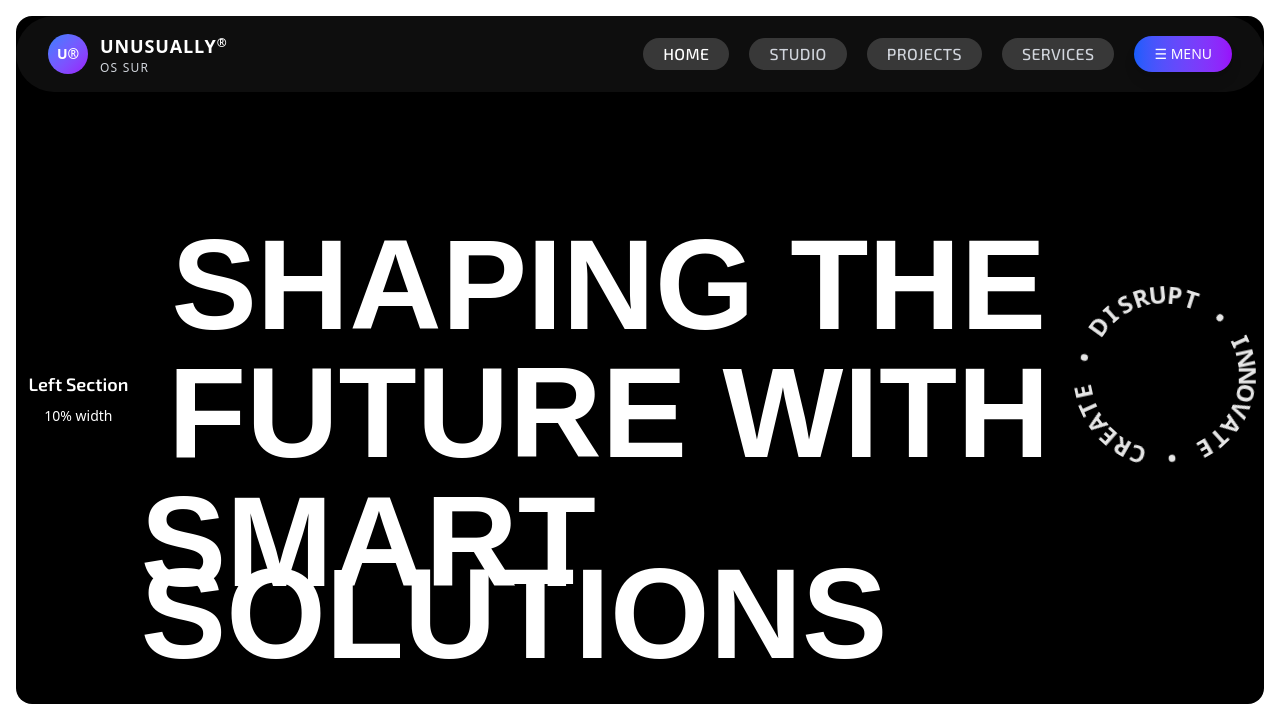
Repository: A-y-u-s-h-29/Digital-Express-India-With-Carrer-Page-And-RazorPay
Page: / (app in op/)
These files come from the project's save history. The page is drawn as it stood at one moment and after the next save; the edit follows.
The browser window is 1280 px wide. The pictures show the whole page.
Some web fonts or font styles are not loaded; a fallback is used. The project was rebuilt for these pictures with package versions that can differ from the ones it lists, and the page was loaded fresh each time. Also part of the build but not shown: op/vite.config.js.

Above is the page before, as saved 2025-12-04 15:19:16.

### op/index.html
<!doctype html>
<html lang="en">
  <head>
    <meta charset="UTF-8" />
    <link rel="icon" type="image/svg+xml" href="/vite.svg" />
    <meta name="viewport" content="width=device-width, initial-scale=1.0" />
    <link rel="preconnect" href="https://fonts.googleapis.com">
<link rel="preconnect" href="https://fonts.gstatic.com" crossorigin>
<link href="https://fonts.googleapis.com/css2?family=Alan+Sans:wght@300..900&family=Big+Shoulders:opsz,wght@10..72,100..900&family=Exo+2:ital,wght@0,100..900;1,100..900&family=Montserrat:ital,wght@0,100..900;1,100..900&family=Orbitron:wght@400..900&family=Poppins:ital,wght@0,100;0,200;0,300;0,400;0,500;0,600;0,700;0,800;0,900;1,100;1,200;1,300;1,400;1,500;1,600;1,700;1,800;1,900&family=Rajdhani:wght@300;400;500;600;700&display=swap" rel="stylesheet">
<link rel="preconnect" href="https://fonts.googleapis.com">
<link rel="preconnect" href="https://fonts.gstatic.com" crossorigin>
<link href="https://fonts.googleapis.com/css2?family=Alan+Sans:wght@300..900&family=Big+Shoulders:opsz,wght@10..72,100..900&family=Exo+2:ital,wght@0,100..900;1,100..900&family=Montserrat:ital,wght@0,100..900;1,100..900&family=Orbitron:wght@400..900&family=Poppins:ital,wght@0,100;0,200;0,300;0,400;0,500;0,600;0,700;0,800;0,900;1,100;1,200;1,300;1,400;1,500;1,600;1,700;1,800;1,900&family=Rajdhani:wght@300;400;500;600;700&display=swap" rel="stylesheet">
    <title>op</title>
  </head>
  <body>
    <div id="root"></div>
    <script type="module" src="/src/main.jsx"></script>
  </body>
</html>

### op/src/index.css
@import "tailwindcss";
*{
  box-sizing: border-box;
}
.big {
  font-family: "Big Shoulders", sans-serif;

  font-style: normal;
}
.exo {
  font-family: "Exo 2", sans-serif;

  font-style: normal;
}

### op/src/App.jsx
import React from 'react'
import Home from './components/Home'

function App() {
  return (
   <>
   <Home/>


   </>
  )
}

export default App

### op/src/components/Home.jsx
import React from "react";
import Navbar from "./Navbar";
import CircularText from "./CircularText";


function Home() {
  return (
    <div className="w-full max-h-screen lg:h-[120vh] lg:py-4 lg:px-4">
      <div className="rounded-b-4xl lg:rounded-2xl w-full h-full flex flex-col relative overflow-hidden bg-black">
        {/* Transparent Navbar */}
        <div className="relative z-20">
          <Navbar />
        </div>

        {/* Three Column Layout */}
        <div className="flex flex-1 relative z-10 text-white">
          {/* Left Column - 10% width */}
          <div className="w-[10%] flex items-center justify-center">
            <div className="text-white text-center">
              <p className="exo font-semibold text-lg">Left Section</p>
              <p className="text-sm mt-2">10% width</p>
            </div>
          </div>

          {/* Middle Column - 75% width */}
          <div className="w-[75%] flex flex-col justify-center items-center big">
            <div className="w-full h-full flex flex-col">
              {/* Top Row - 40% height */}
              <div className="h-[40%] flex items-end justify-center pb-4">
                <h1 className="text-5xl md:text-9xl leading-tight md:leading-[4.5rem] font-bold text-white drop-shadow-2xl">
                  SHAPING THE
                </h1>
              </div>

              {/* Middle Row - 30% height */}
              <div className="h-[25%] flex items-center justify-center">
                <h1 className="text-5xl md:text-9xl leading-tight lg:leading-[4.5rem] font-bold text-white drop-shadow-2xl">
                  FUTURE WITH
                </h1>
              </div>

              {/* Bottom Row - 30% height */}
              <div className="h-[35%] flex items-start justify-center pt-4">
                <h1 className="text-5xl md:text-9xl leading-tight lg:leading-[4.5rem] font-bold text-white drop-shadow-2xl">
                  SMART SOLUTIONS
                </h1>
              </div>
            </div>
          </div>

          {/* Right Column - 15% width */}
          <div className="w-[15%] flex flex-col items-end py-1 ">
            {/* Vertical Circular Text */}
            <div className="relative h-full  ">
              <CircularText
                text="INNOVATE • CREATE • DISRUPT • "
                spinDuration={30}
                onHover="speedUp"
                className="text-white/90 text-sm mt-40 "
              />



              {/* Scroll indicator */}

            </div>


          </div>
        </div>
      </div>
    </div>
  );
}

export default Home;

### op/src/components/Navbar.jsx
import React, { useState, useRef, useEffect } from 'react';
import { gsap } from 'gsap';

function Navbar({ isHomePage = false }) {
  const [isMenuOpen, setIsMenuOpen] = useState(false);
  const menuOverlayRef = useRef(null);
  const mobileMenuRef = useRef(null);

  // Menu items data for the menu overlay
  const menuOverlayItems = [
    { title: 'HOME', number: '01' },
    { title: 'ABOUT', number: '02' },
    { title: 'PROJECTS', number: '03' },
    { title: 'SERVICES', number: '04' },

  ];

  // Menu items for navbar links
  const navMenuItems = [
    { title: 'HOME', color: 'from-blue-500 to-cyan-400' },
    { title: 'STUDIO', color: 'from-purple-500 to-pink-500' },
    { title: 'PROJECTS', color: 'from-green-500 to-emerald-400' },
    { title: 'SERVICES', color: 'from-yellow-500 to-orange-500' },
    { title: 'ABOUT', color: 'from-red-500 to-rose-400' },
    { title: 'CONTACT', color: 'from-indigo-500 to-blue-400' },
  ];

  // Initialize menu as hidden
  useEffect(() => {
    if (menuOverlayRef.current) {
      menuOverlayRef.current.style.display = 'none';
    }
  }, []);

  const handleMenuClick = () => {
    const wasOpen = isMenuOpen;
    setIsMenuOpen(!wasOpen);

    if (!wasOpen) {
      // OPEN MENU ANIMATION - bottom-right से slide in
      if (menuOverlayRef.current) {
        menuOverlayRef.current.style.display = 'flex';

        // Get the menu container
        const menuContainer = menuOverlayRef.current.querySelector('.relative');

        if (menuContainer) {
          // Initial position - off screen bottom-right
          gsap.set(menuContainer, {
            x: '100%',
            y: '100%',
            opacity: 0,
            scale: 0.9,
            transformOrigin: 'bottom right'
          });

          // Animate to position
          gsap.to(menuContainer, {
            x: 0,
            y: 0,
            opacity: 1,
            scale: 1,
            duration: 0.8,
            ease: 'expo.out'
          });

          // Background fade in
          gsap.fromTo(menuOverlayRef.current,
            { opacity: 0 },
            { opacity: 1, duration: 0.4 }
          );

          // Menu items animation (from bottom)
          const menuItems = menuContainer.querySelectorAll('.menu-item');
          gsap.fromTo(menuItems,
            {
              opacity: 0,
              y: 40
            },
            {
              opacity: 1,
              y: 0,
              duration: 0.6,
              stagger: 0.1,
              delay: 0.3,
              ease: 'power3.out'
            }
          );

          // Close button animation
          const closeBtn = menuContainer.querySelector('.close-btn');
          if (closeBtn) {
            gsap.fromTo(closeBtn,
              { opacity: 0, rotation: -45 },
              { opacity: 1, rotation: 0, duration: 0.5, delay: 0.8 }
            );
          }
        }
      }

      // Mobile menu animation
      if (mobileMenuRef.current) {
        gsap.fromTo(
          mobileMenuRef.current,
          { height: 0, opacity: 0 },
          { height: 'auto', opacity: 1, duration: 0.4 }
        );
      }
    } else {
      // CLOSE MENU ANIMATION - bottom-right को slide out
      if (menuOverlayRef.current) {
        const menuContainer = menuOverlayRef.current.querySelector('.relative');

        if (menuContainer) {
          // Menu items exit
          const menuItems = menuContainer.querySelectorAll('.menu-item');
          gsap.to(menuItems,
            {
              opacity: 0,
              y: 20,
              duration: 0.3,
              stagger: 0.05,
              ease: 'power2.in'
            }
          );

          // Close button exit
          const closeBtn = menuContainer.querySelector('.close-btn');
          if (closeBtn) {
            gsap.to(closeBtn, {
              opacity: 0,
              rotation: 45,
              duration: 0.3
            });
          }

          // Menu container slide out to bottom-right
          gsap.to(menuContainer, {
            x: '100%',
            y: '100%',
            opacity: 0,
            scale: 0.9,
            duration: 0.6,
            ease: 'expo.in',
            onComplete: () => {
              if (menuOverlayRef.current) {
                menuOverlayRef.current.style.display = 'none';
              }
            }
          });

          // Background fade out
          gsap.to(menuOverlayRef.current, {
            opacity: 0,
            duration: 0.4
          });
        }
      }

      // Mobile menu exit animation
      if (mobileMenuRef.current) {
        gsap.to(mobileMenuRef.current, {
          height: 0,
          opacity: 0,
          duration: 0.3
        });
      }
    }
  };

  return (
    <>
      {/* Main Navbar */}
      <nav
        className={`w-full px-6 py-4 lg:px-8 lg:py-4 ${isHomePage ? 'bg-transparent' : 'bg-[#0E0E0E]'} rounded-full relative z-50`}
      >
        <div className="flex items-center justify-between">
          {/* Logo/Brand Section */}
          <div className="flex items-center">
            <div className="w-10 h-10 rounded-full bg-gradient-to-br from-blue-500 to-purple-600 flex items-center justify-center mr-3">
              <span className="text-white font-bold text-sm">U®</span>
            </div>
            <div className="flex flex-col">
              <span className="text-white font-bold text-lg tracking-wider">UNUSUALLY<sup className="text-xs">®</sup></span>
              <span className="text-gray-300 text-xs tracking-widest">OS SUR</span>
            </div>
          </div>

          <div className='flex items-center gap-5'>
            {/* Desktop Navigation Links */}
            <div className="hidden md:flex items-center space-x-5 exo text-md">
              {navMenuItems.slice(0, 4).map((item, index) => (
                <a
                  key={index}
                  href="#"
                  className={`text-gray-300 font-medium tracking-wide hover:text-white transition-colors duration-300 bg-[#383838] px-5 py-1 rounded-full ${item.title === 'HOME' ? 'text-white' : ''}`}
                >
                  {item.title}
                </a>
              ))}
            </div>

            {/* Menu Button */}
            <button
              onClick={handleMenuClick}
              className="px-5 py-2 bg-gradient-to-r from-blue-600 to-purple-600 text-white text-sm font-medium rounded-full hover:from-blue-700 hover:to-purple-700 transition-all duration-300 shadow-lg hover:shadow-xl relative z-50"
            >
              {isMenuOpen ? '✕ CLOSE' : '☰ MENU'}
            </button>

            {/* Mobile Menu Button (Hamburger) */}
            <button
              onClick={handleMenuClick}
              className="ml-4 md:hidden relative z-50"
            >
              <div className={`w-6 h-0.5 bg-white mb-1.5 transition-all duration-300 ${isMenuOpen ? 'rotate-45 translate-y-2' : ''}`}></div>
              <div className={`w-6 h-0.5 bg-white mb-1.5 transition-all duration-300 ${isMenuOpen ? 'opacity-0' : ''}`}></div>
              <div className={`w-6 h-0.5 bg-white transition-all duration-300 ${isMenuOpen ? '-rotate-45 -translate-y-2' : ''}`}></div>
            </button>
          </div>
        </div>

        {/* Mobile Menu Dropdown */}
        <div
          ref={mobileMenuRef}
          className="md:hidden mt-4 pt-4 border-t border-gray-800 overflow-hidden"
          style={{ height: '0px' }}
        >
          <div className="flex flex-col space-y-4">
            {navMenuItems.map((item, index) => (
              <a
                key={index}
                href="#"
                className={`text-gray-300 font-medium py-2 hover:text-white transition-colors ${item.title === 'HOME' ? 'text-white' : ''}`}
              >
                {item.title}
              </a>
            ))}
          </div>
        </div>
      </nav>

      {/* Fullscreen Menu Overlay */}
      <div
        ref={menuOverlayRef}
        className="fixed inset-0  z-40 hidden items-end justify-end px-4 rounded-2xl "
      >
        {/* Menu Container - Image के according simple design */}
        <div
          className="relative h-[70vh] w-[45vw] bg-white  rounded-4xl overflow-hidden shadow-2xl transform-gpu "
          style={{
            transformOrigin: 'bottom right'
          }}
        >
          {/* Simple Header with Brand */}
          <div className="absolute top-8 left-8">
            <div className="flex items-center space-x-3">

              <div>

              </div>
            </div>
          </div>



          {/* Main Content Area - Center aligned like image */}
          <div className="h-full flex flex-col justify-center items-center px-12 ">
            {/* Menu Items - Single Column, Large text like image */}
            <div className="w-full  space-y-2">
              {menuOverlayItems.map((item, index) => (
                <a
                  key={index}
                  href="#"
                  className="menu-item group relative block w-full"
                >
                  <div className="flex items-center justify-between">
                    {/* Title - Left side */}
                    <div className="relative overflow-hidden p-0.5">
                      <h3 className="text-black font-extrabold text-5xl lg:text-7xl  exo tracking-tight opacity-90 group-hover:opacity-100 transition-all duration-500">
                        {item.title}
                      </h3>
                      {/* Underline animation */}

                    </div>

                    {/* Number in parentheses - Right side */}
                    <div className="text-gray-500 text-3xl lg:text-4xl font-light group-hover:text-white transition-colors duration-500">
                      ({item.number})
                    </div>
                  </div>
                </a>
              ))}
            </div>


          </div>


        </div>
      </div>
    </>
  );
}

export default Navbar;

### op/src/components/CircularText.jsx
import React, { useEffect } from 'react';
import { motion, useAnimation, useMotionValue } from 'framer-motion';

const CircularText = ({
  text = 'Circular Text Animation • ',
  spinDuration = 20,
  onHover = 'speedUp',
  className = '',
}) => {
  const letters = Array.from(text);
  const controls = useAnimation();
  const rotation = useMotionValue(0);

  const getRotationTransition = (duration, from, loop = true) => ({
    from,
    to: from + 360,
    ease: 'linear',
    duration,
    type: 'tween',
    repeat: loop ? Infinity : 0,
  });

  const getTransition = (duration, from) => ({
    rotate: getRotationTransition(duration, from),
    scale: {
      type: 'spring',
      damping: 20,
      stiffness: 300,
    },
  });

  useEffect(() => {
    const start = rotation.get();
    controls.start({
      rotate: start + 360,
      scale: 1,
      transition: getTransition(spinDuration, start),
    });
  }, [spinDuration, text, onHover, controls, rotation]);

  const handleHoverStart = () => {
    const start = rotation.get();

    if (!onHover) return;

    let transitionConfig;
    let scaleVal = 1;

    switch (onHover) {
      case 'slowDown':
        transitionConfig = getTransition(spinDuration * 2, start);
        break;
      case 'speedUp':
        transitionConfig = getTransition(spinDuration / 4, start);
        break;
      case 'pause':
        transitionConfig = {
          rotate: { type: 'spring', damping: 20, stiffness: 300 },
          scale: { type: 'spring', damping: 20, stiffness: 300 },
        };
        break;
      case 'goBonkers':
        transitionConfig = getTransition(spinDuration / 20, start);
        scaleVal = 0.8;
        break;
      default:
        transitionConfig = getTransition(spinDuration, start);
    }

    controls.start({
      rotate: start + 360,
      scale: scaleVal,
      transition: transitionConfig,
    });
  };

  const handleHoverEnd = () => {
    const start = rotation.get();
    controls.start({
      rotate: start + 360,
      scale: 1,
      transition: getTransition(spinDuration, start),
    });
  };

  return (
    <div className="flex min-h-[400px] items-center justify-center rounded-lg">
      <motion.div
        className={`relative m-0 mx-auto h-[200px] w-[200px] origin-center cursor-pointer rounded-full text-center font-black text-white ${className}`}
        style={{ rotate: rotation }}
        initial={{ rotate: 0 }}
        animate={controls}
        onMouseEnter={handleHoverStart}
        onMouseLeave={handleHoverEnd}
      >
        {letters.map((letter, i) => {
          const rotationDeg = (360 / letters.length) * i;
          const factor = Math.PI / letters.length;
          const x = factor * i;
          const y = factor * i;
          const transform = `rotateZ(${rotationDeg}deg) translate3d(${x}px, ${y}px, 0)`;

          return (
            <span
              key={i}
              className="absolute inset-0 inline-block text-2xl transition-all duration-500 ease-out"
              style={{
                transform: transform,
                WebkitTransform: transform
              }}
            >
              {letter}
            </span>
          );
        })}
      </motion.div>
    </div>
  );
};

export default CircularText;

Loaded but not shown: op/src/main.jsx (common file)

After the next save:
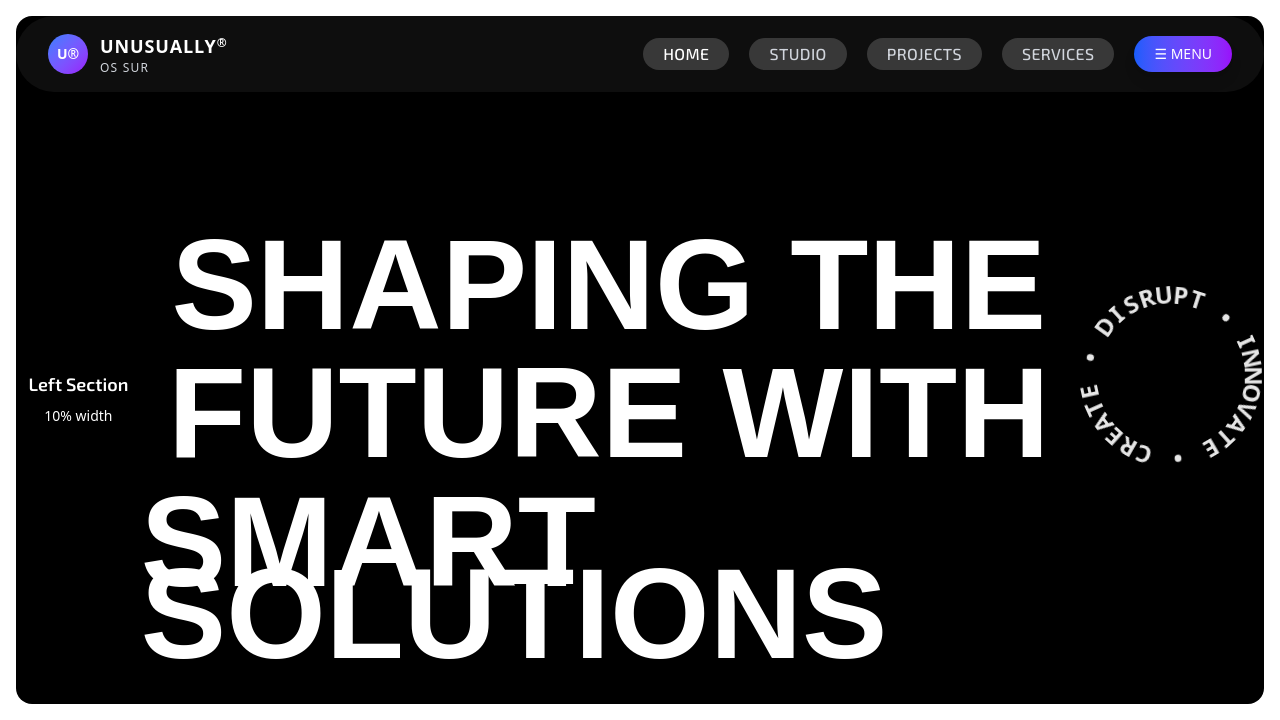
Saved 23 s later.
--- a/op/src/components/Home.jsx
+++ b/op/src/components/Home.jsx
@@ -49,7 +49,7 @@ function Home() {
           </div>
 
           {/* Right Column - 15% width */}
-          <div className="w-[15%] flex flex-col items-end py-1 ">
+          <div className="w-[15%] flex flex-col items-center justify-center py-1 ">
             {/* Vertical Circular Text */}
             <div className="relative h-full  ">
               <CircularText
